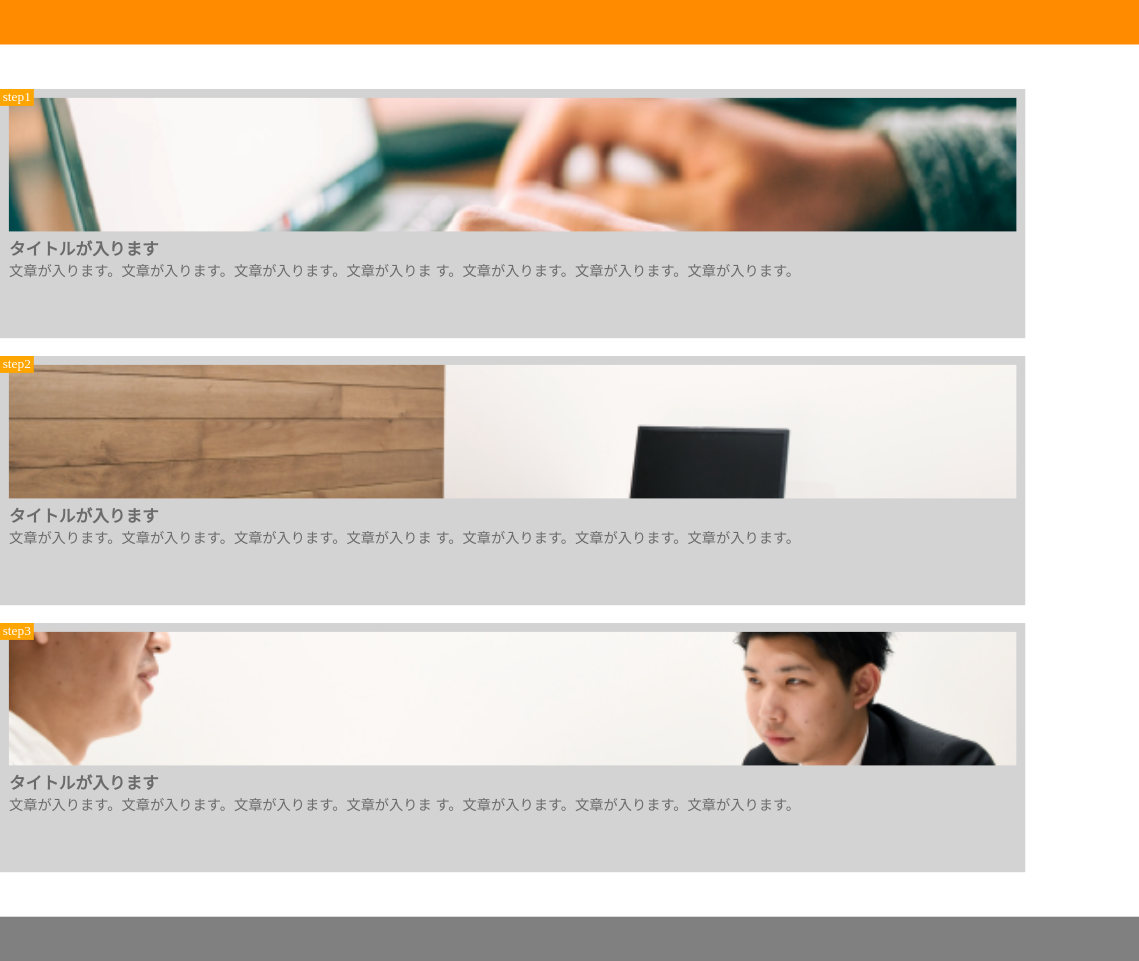
Repository: 220416/kadai1
Page: html/responsive.html
The author's editor kept a record of every edit. The page is drawn from the files as they stood at one moment, then again after the next edit.
The browser window is 1280 px wide. The pictures show the whole page, at 89% of full size.

Above is the page before.

After the next edit:
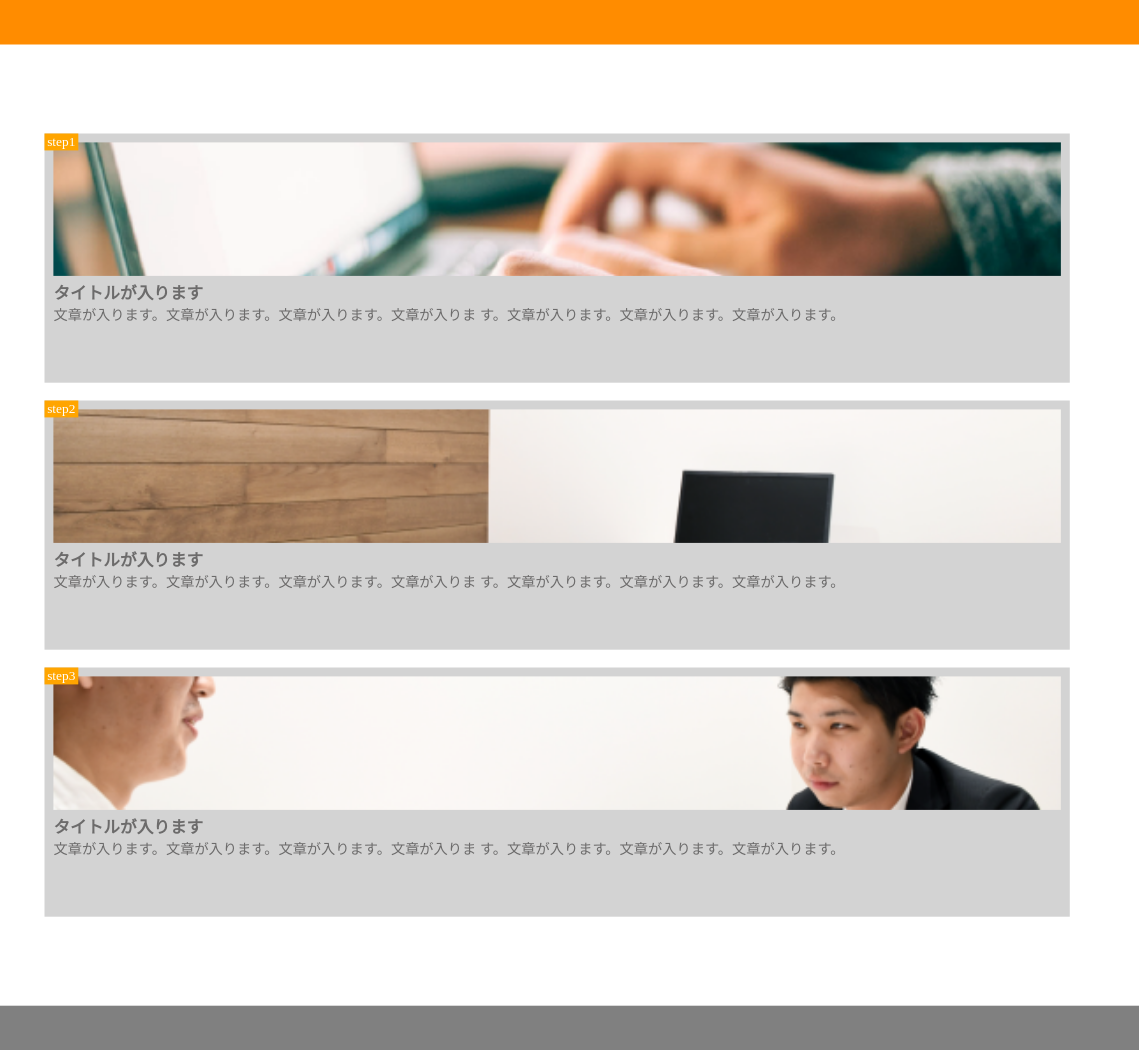
The edit:
--- a/html/responsive.css
+++ b/html/responsive.css
@@ -21,7 +21,7 @@
   width:90%;
   padding-top: 50px;
   padding-bottom:80px;
-  margin: auto;
+  margin: 50px;
   text-align: left;
 }
 
